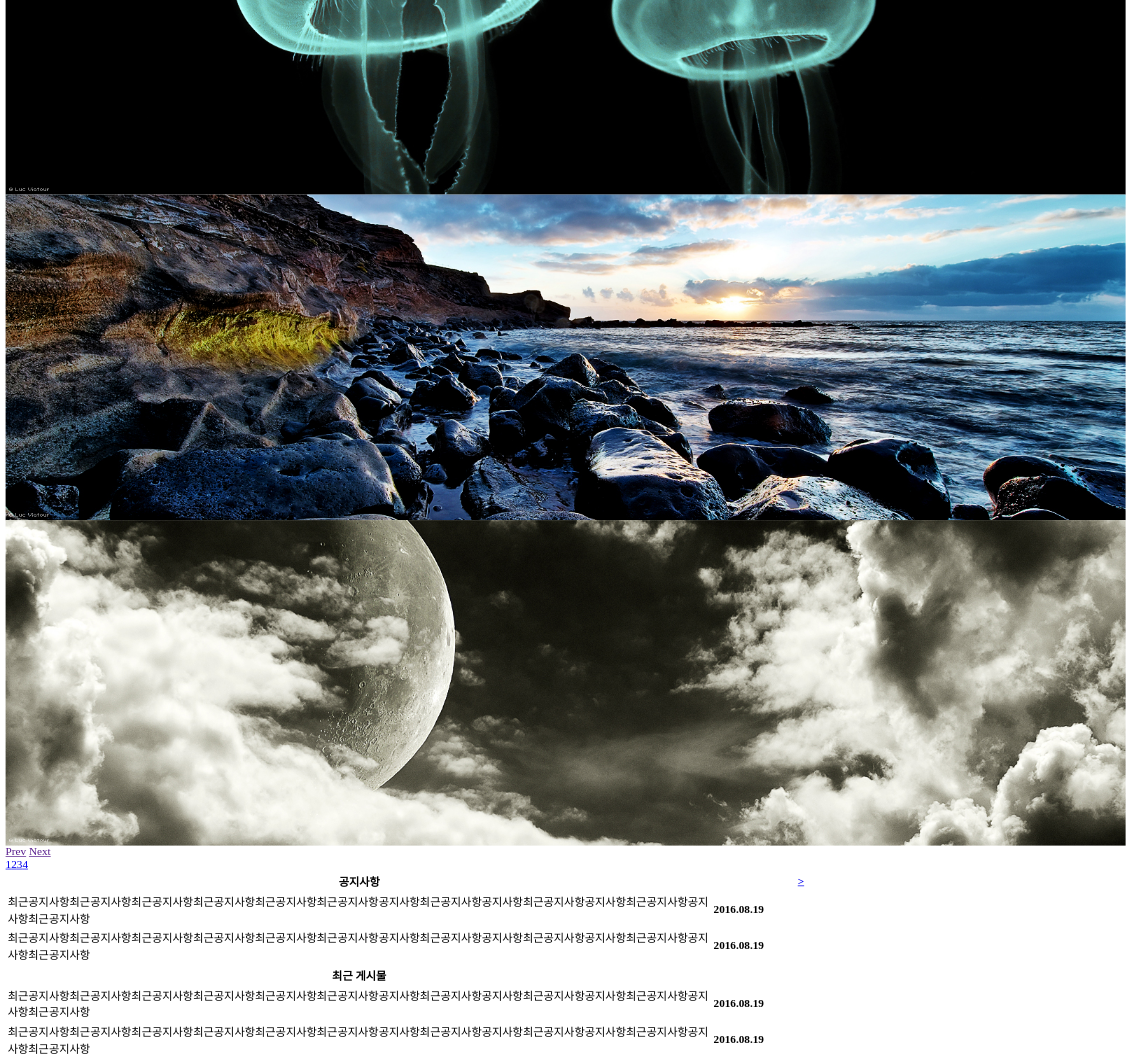
Repository: ekgus419/hckj
Page: http://localhost/Railro/WEB-INF/views/index.jsp
An editor plug-in stored every save of this project. The page is shown before and after the next save, followed by the edit.
The browser window is 1280 px wide. The page is 1608 px wide, so the pictures cover 1608 px, including what lies to the right of the window. The pictures show the part of the page from y = 660 to 2180 px (the page is 2180 px tall), at 70% of full size.
Some web libraries are served in a nearby version. The page is served by Tomcat 9. Nobody is signed in. The template is opened directly, without the code that normally fills it, so the values that code supplies are empty.

Above is the page before, as saved 2016-08-23 07:23:18.

After the next save:
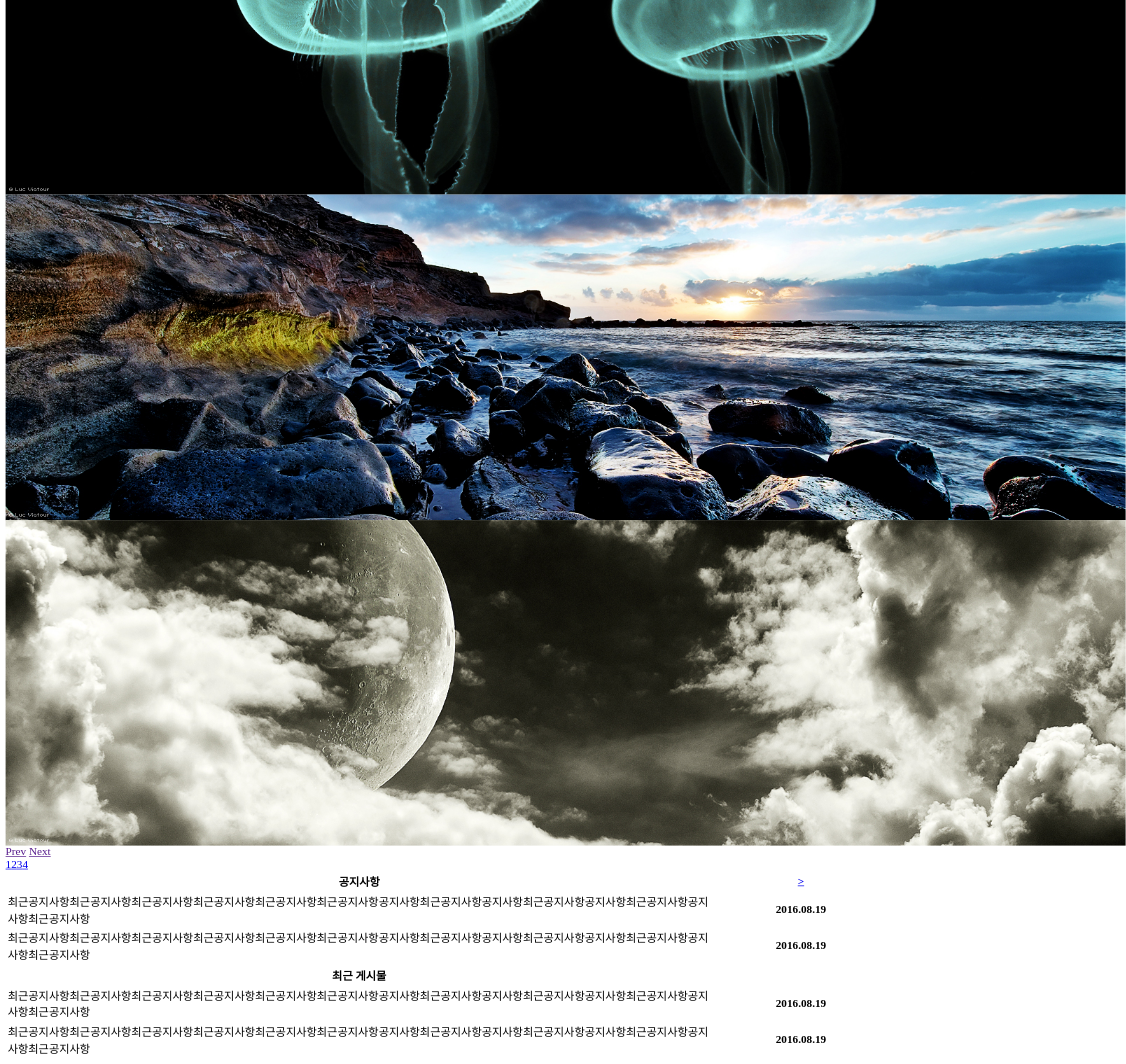
Saved 2 min 4 s later.
--- a/Railro/src/main/webapp/WEB-INF/views/index.jsp
+++ b/Railro/src/main/webapp/WEB-INF/views/index.jsp
@@ -34,11 +34,11 @@
 			</tr>
 			<tr>
 				<td class="ellipsis">최근공지사항최근공지사항최근공지사항최근공지사항최근공지사항최근공지사항공지사항최근공지사항공지사항최근공지사항공지사항최근공지사항공지사항최근공지사항</td>
-				<td><strong>2016.08.19</strong></td>
+				<td style="text-align: center;"><strong>2016.08.19</strong></td>
 			</tr>
 			<tr>
 				<td class="ellipsis">최근공지사항최근공지사항최근공지사항최근공지사항최근공지사항최근공지사항공지사항최근공지사항공지사항최근공지사항공지사항최근공지사항공지사항최근공지사항</td>
-				<td><strong>2016.08.19</strong></td>
+				<td style="text-align: center;"><strong>2016.08.19</strong></td>
 			</tr>
 		</table>
 	</div>
@@ -54,11 +54,11 @@
 			</tr>
 			<tr>
 				<td class="ellipsis">최근공지사항최근공지사항최근공지사항최근공지사항최근공지사항최근공지사항공지사항최근공지사항공지사항최근공지사항공지사항최근공지사항공지사항최근공지사항</td>
-				<td><strong>2016.08.19</strong></td>
+				<td style="text-align: center;"><strong>2016.08.19</strong></td>
 			</tr>
 			<tr>
 				<td class="ellipsis">최근공지사항최근공지사항최근공지사항최근공지사항최근공지사항최근공지사항공지사항최근공지사항공지사항최근공지사항공지사항최근공지사항공지사항최근공지사항</td>
-				<td><strong>2016.08.19</strong></td>
+				<td style="text-align: center;"><strong>2016.08.19</strong></td>
 			</tr>
 		</table>
 	</div>
